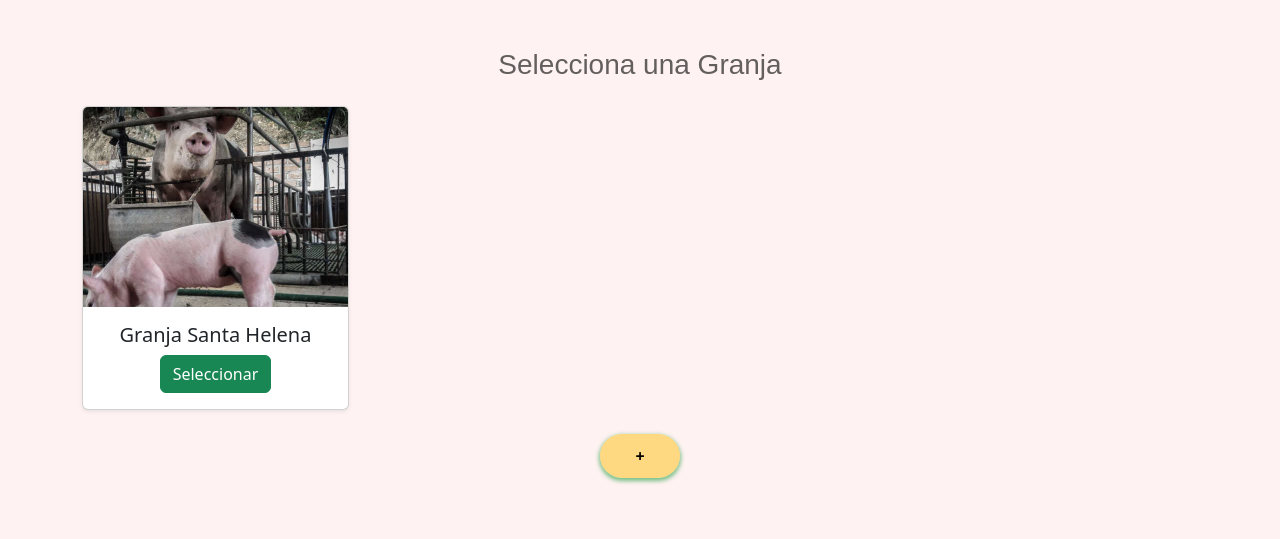
Repository: Mateojimenezz/Granja-Santa-Helena
Page: seleccionarGranja.html
An editor plug-in stored every save of this project. The page is shown before and after the next save, followed by the edit.
The browser window is 1280 px wide. The pictures show the whole page.
Some web fonts or font styles are not loaded; a fallback is used.

Above is the page before, as saved 2025-05-13 09:41:08.

### seleccionarGranja.html
<!DOCTYPE html>
<html lang="es">
<head>
    <meta charset="UTF-8">
    <meta name="viewport" content="width=device-width, initial-scale=1.0">
    <title>La Granja</title>
    <link href="https://cdn.jsdelivr.net/npm/bootstrap@5.3.3/dist/css/bootstrap.min.css" rel="stylesheet" integrity="sha384-QWTKZyjpPEjISv5WaRU9OFeRpok6YctnYmDr5pNlyT2bRjXh0JMhjY6hW+ALEwIH" crossorigin="anonymous">

    <link rel="stylesheet" href="./assets/css/seleccionarGranja.css">
    <link rel="stylesheet" href="https://cdn.jsdelivr.net/npm/bootstrap-icons@1.11.3/font/bootstrap-icons.min.css">
    <link href="https://fonts.googleapis.com/css2?family=Calistoga&display=swap" rel="stylesheet">

  </head>
<body>
    <div class="container mt-5">
        <h3 class="text-center mb-4">Selecciona una Granja</h3>

        <div class="row g-3" id="granjas-list">
            <!-- Primera granja fija -->
            <div class="col-md-3">
                <div class="card shadow-sm">
                    <img src="./assets/img/granja2.jpg" class="card-img-top" alt="Santa Helena">
                    <div class="card-body text-center">
                        <h5 class="card-title">Granja Santa Helena</h5>
                        <button class="btn btn-success" onclick="seleccionarGranja('Santa Helena')">Seleccionar</button>
                    </div>
                </div>
            </div>

            <!-- Aquí se agregarán las granjas dinámicamente -->
        </div>

        <!-- Botón para ir a la página de agregar nueva granja -->
        <div class="text-center mt-4">
            <a href="agregarGranja.html" class="btn btn-form"> + </a>
        </div>
    </div>






  <!-- bootstrap JS -->
  <script src="https://cdn.jsdelivr.net/npm/bootstrap@5.3.3/dist/js/bootstrap.bundle.min.js" integrity="sha384-YvpcrYf0tY3lHB60NNkmXc5s9fDVZLESaAA55NDzOxhy9GkcIdslK1eN7N6jIeHz" crossorigin="anonymous"></script>
  <script src="./assets/js/seleccionarGranja.js"></script>




</body>

</html>

### assets/css/seleccionarGranja.css

@import "./variables.css";
body{
    background-color: var( --color-FondoDiv2);
}
.granja-container {
    display: flex;
    flex-wrap: wrap;
    gap: 20px;
}
.container h3 {
    text-align: center;
    margin-bottom: 20px;
    color: var(--color-TextoMenuLateral);
    font-family: var(--font-principal);
}
.granja-card {
    width: 150px;
    margin: 10px;
    padding: 10px;
    border: 1px solid #ccc;
    border-radius: 8px;
    text-align: center;
    box-shadow: 2px 2px 10px rgba(0,0,0,0.2);
}



.granja-card button {
    margin-top: 10px;
    background-color: #007bff;
    color: white;
    border: none;
    padding: 5px 10px;
    cursor: pointer;
    border-radius: 5px;
}
.card-img-top {
    width: 100%;
    height: 200px; /* Ajusta según el diseño */
    object-fit: cover; /* Recorta la imagen para que se ajuste sin deformarse */

}
.btn-form{
    background-color: var(  --color-Botones);
    padding: 10px 35px;
    margin-bottom: 10px;
    border: none;
    border-radius: 30px;
    color: black;
    font-weight: bold;
    box-shadow: 0 2px 4px 1px  rgba(25, 157, 60, 0.6) /* Sombra verde */

  }
  .btn-form:hover {
    background-color: #f4cf50; /* Tonalidad más oscura */
    color: black;
  }
  .btn-form:active {
    background-color:var(--color-principal)!important;
    color: white !important;
    box-shadow: none !important;
  }
  #granjas-list {
    display: flex;
    flex-wrap: wrap; /* Las granjas se acomodan automáticamente */
    gap: 10px; /* Espaciado entre granjas */
}

#agregar-granja {
    align-self: flex-start; /* Asegura que el botón se mantenga al lado */
}

### assets/js/seleccionarGranja.js
// ✅ Mostrar vista previa de imagen antes de guardarla
document.getElementById("imagen")?.addEventListener("change", function(event) {
    const file = event.target.files[0];
    const reader = new FileReader();

    reader.onload = function() {
        document.getElementById("preview").src = reader.result;
        document.getElementById("preview").style.display = "block";
    };

    if (file) {
        reader.readAsDataURL(file);
    }
});

// ✅ Guardar nueva granja y redirigir a `seleccionarGranja.html`
document.getElementById("form-granja")?.addEventListener("submit", function(event) {
    event.preventDefault();

    const nombreGranja = document.getElementById("nombre").value;
    const urlImagen = document.getElementById("preview").src;

    if (nombreGranja && urlImagen) {
        let granjas = JSON.parse(localStorage.getItem("granjas")) || [];
        granjas.push({ nombre: nombreGranja, imagen: urlImagen });
        localStorage.setItem("granjas", JSON.stringify(granjas));

        alert("Granja agregada correctamente!");

        window.location.href = "seleccionarGranja.html"; // Redirigir
    }
});

// ✅ Cargar las granjas guardadas en `seleccionarGranja.html`
document.addEventListener("DOMContentLoaded", function() {
    const listaGranjas = document.getElementById("granjas-list");
    let granjas = JSON.parse(localStorage.getItem("granjas")) || [];

    if (granjas.length === 0) {
        console.warn("No hay granjas en el localStorage.");
    }

    granjas.forEach(granja => {
        const nuevaGranja = document.createElement("div");
        nuevaGranja.classList.add("col-md-3");

        nuevaGranja.innerHTML = `
            <div class="card shadow-sm">
                <img src="${granja.imagen}" class="card-img-top" alt="Imagen de ${granja.nombre}">
                <div class="card-body text-center">
                    <h5 class="card-title">${granja.nombre}</h5>
                    <button class="btn btn-form" onclick="seleccionarGranja('${granja.nombre}')">Seleccionar</button>
                </div>
            </div>
        `;

        listaGranjas.appendChild(nuevaGranja);
    });
});

function seleccionarGranja(nombre) {
    alert(`Has seleccionado la granja: ${nombre}`);
    localStorage.setItem("granjaSeleccionada", nombre);
    window.location.href = "dashboard.html"; // Redirigir a la vista de la granja
}

// ✅ Guardar la granja seleccionada y redirigir a `inicio.html`
function seleccionarGranja(nombre) {
    localStorage.setItem("granjaSeleccionada", nombre);
    window.location.href = "paginaDeInicio.html"; // Redirigir a la página principal
}

### assets/css/variables.css
/* variables.css */
:root {
    --color-principal: #1CAD48 ;
    --color-Botones: rgba(255, 187, 0, 0.47);
    --color-texto: white;
    --color-fondo: #f5f5f5;
    --font-principal: 'calistoga','arial';
    --color-fondoDiv: #F8E91C;
    --color-FondoDiv2:#FFF2F2;
    --color-Footter: #D9D9D9;
    --letra-gris: #B0B0B7;
    --color-menu-lateral:#BDEAAD;
    --color-TextoMenuLateral:#645f5f; /* Color de texto del menú lateral */
    --fondo-formularios:#FFFFFF; /* Color de fondo de los formularios */
  }

After the next save:
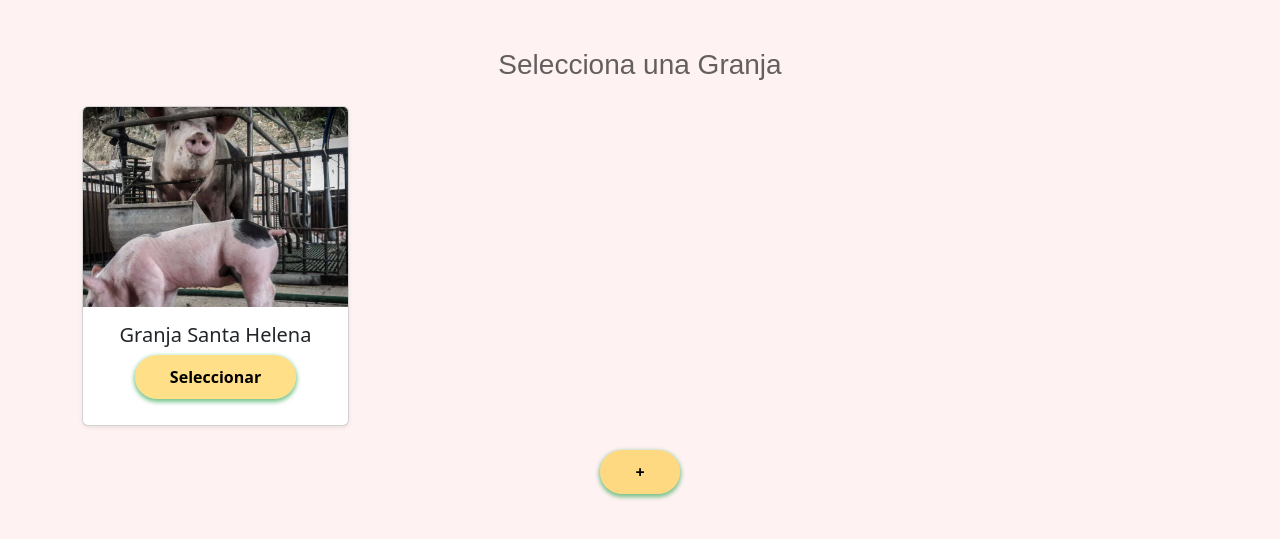
Saved 15 s later.
--- a/seleccionarGranja.html
+++ b/seleccionarGranja.html
@@ -22,7 +22,7 @@
                     <img src="./assets/img/granja2.jpg" class="card-img-top" alt="Santa Helena">
                     <div class="card-body text-center">
                         <h5 class="card-title">Granja Santa Helena</h5>
-                        <button class="btn btn-success" onclick="seleccionarGranja('Santa Helena')">Seleccionar</button>
+                        <button class="btn btn-form" onclick="seleccionarGranja('Santa Helena')">Seleccionar</button>
                     </div>
                 </div>
             </div>
